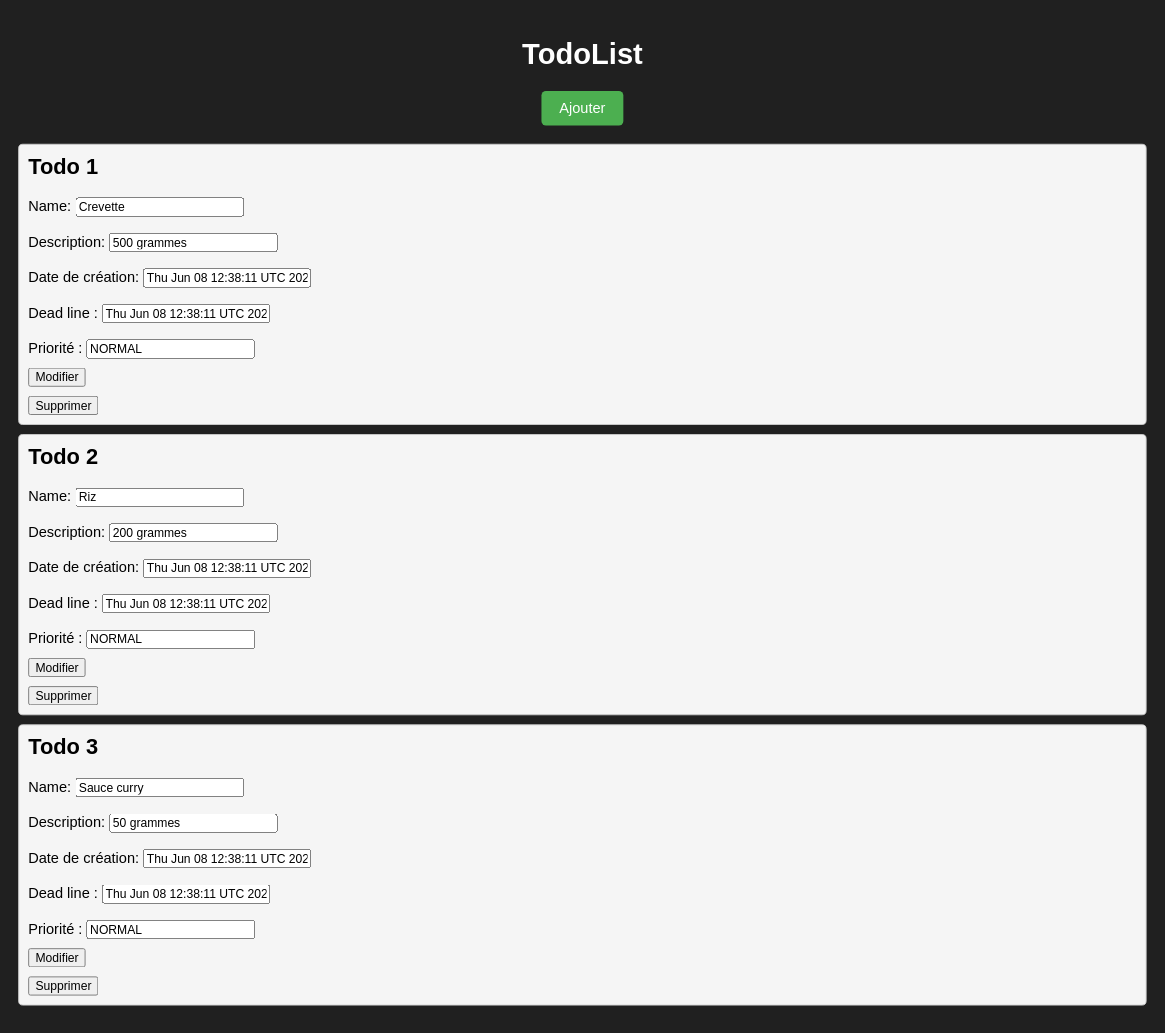
Repository: HugoGit-Hub/TodoList
Page: http://localhost/todo-list/TodoList
An editor plug-in stored every save of this project. The page is shown before and after the next save, followed by the edit.
The browser window is 1280 px wide. The pictures show the whole page, at 91% of full size.
The page is served by Tomcat 9.

Above is the page before, as saved 2023-06-08 17:18:41.

After the next save:
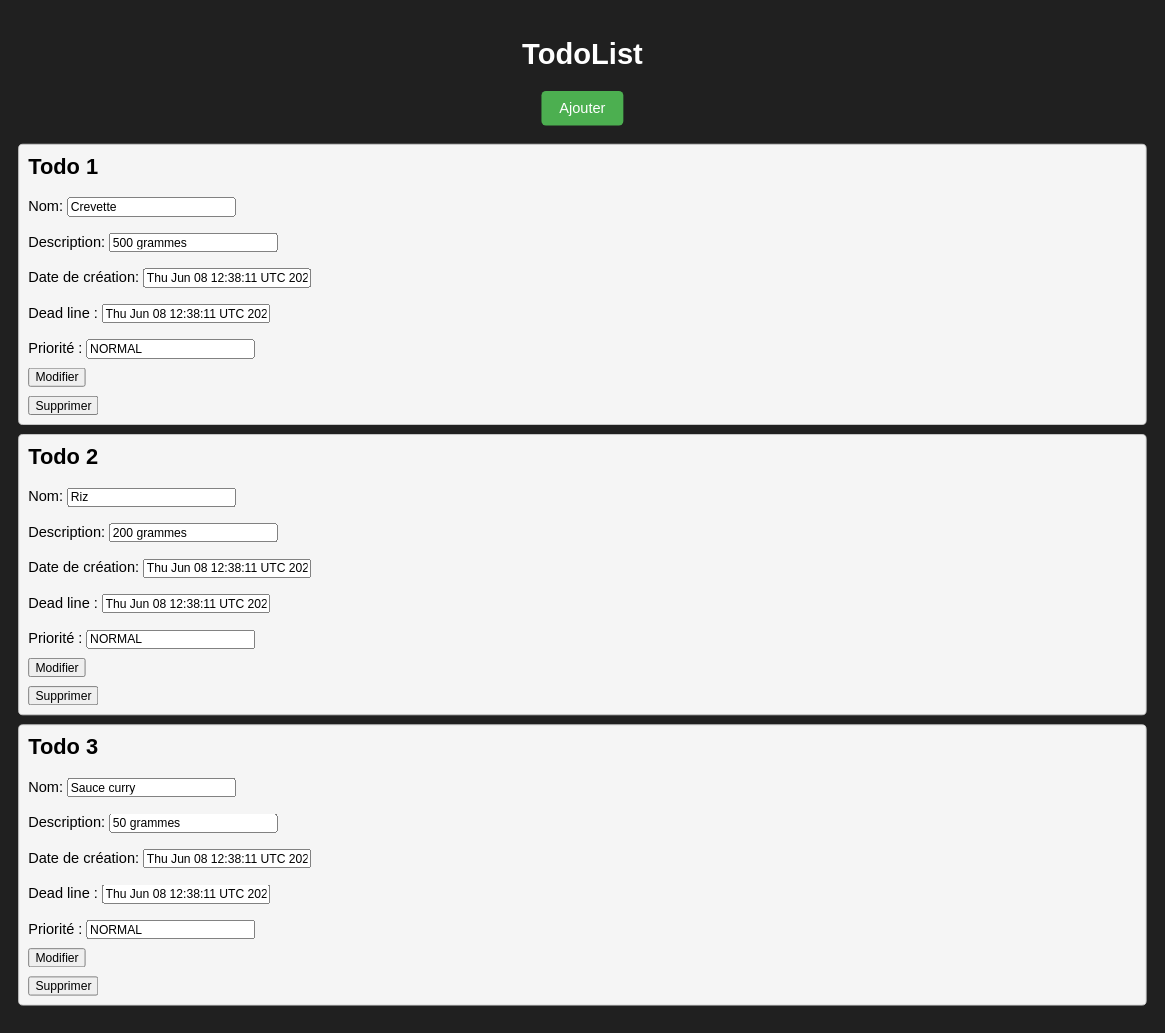
Saved 5 s later.
--- a/todo-list/src/main/webapp/jsp/todoList.jsp
+++ b/todo-list/src/main/webapp/jsp/todoList.jsp
@@ -28,7 +28,7 @@
 							<h2>Todo ${todo.getId()}</h2>
 							<input type="text" id="id" name="id" value="${todo.getId()}" hidden="true">
 
-							<label for="name">Name:</label>
+							<label for="name">Nom:</label>
 							<input type="text" id="name" name="name" value="${todo.getName()}"><br/><br/>
 
 					 		<label for="description">Description:</label>
